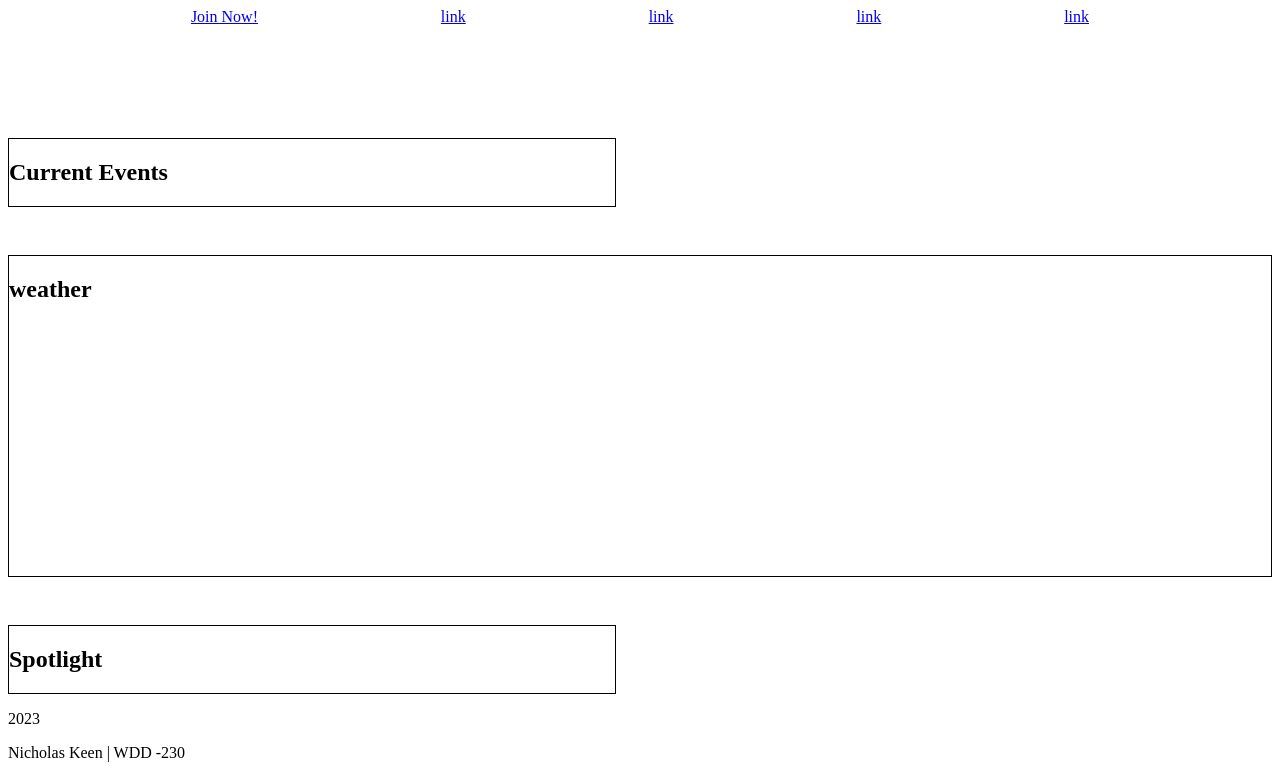
Repository: nak97/WDD230
Page: lesson03/chamber.html
The author's editor kept a copy of each file at every save. The page is drawn from the files as they stood at one save, then again after the next save.
The browser window is 1280 px wide. The pictures show the whole page.
Some web fonts or font styles are not loaded; a fallback is used.

Above is the page before, as saved 2023-10-07 19:55:58.

### lesson03/chamber.html
<!DOCTYPE html>
<html lang="en">
<head>
  <meta charset="UTF-8">
  <meta name="viewport" content="width=device-width, initial-scale=1.0">
  <meta name="description" content="WDD 230 - Nicholas Keen  - Web Frontend Development chamber-site-plan">
  <meta name="author" content="Nicholas Keen">
  <meta property="og:title" content="facebook"/>
  <meta property="og:type" content="website" />
  <meta property="og:url" content="facebook.com" />
  <meta property="og:image" content="images/facebook-meta-tag-pic.png" />
  <title>Chamber site plan</title>
  <link rel="stylesheet" href="/lesson03/styles/medium.css">
  <link rel="stylesheet" href="/lesson03/styles/large.css">
  <link rel="stylesheet" href="/lesson03/base.css">
  <link rel="preconnect" href="https://fonts.googleapis.com">
  <link rel="preconnect" href="https://fonts.gstatic.com" crossorigin>
  <link href="https://fonts.googleapis.com/css2?family=Gajraj+One&family=Montserrat:wght@700&family=Young+Serif&display=swap" rel="stylesheet">
  <title>Chamber</title>
</head>
<body>
  <header>

  </header>
  <nav class="navigation" >
    <a href="#">Join Now!</a>
    <a href="#">link</a>
    <a href="#">link</a>
    <a href="#">link</a>
    <a href="#">link</a>
  </nav>

  <main>
<!-- <img src="https://imgs.search.brave.com/JFc6OAb8GeWjekpeVgYFRLz9ljMKk6hGTTPaqdilQQg/rs:fit:500:0:0/g:ce/aHR0cHM6Ly90NC5m/dGNkbi5uZXQvanBn/LzAzLzI4LzMzLzIz/LzM2MF9GXzMyODMz/MjM5NV82THd3Z0Rr/eDdqTlU4MVBDYW9k/UUtwVGZENjVUSjJ6/Ry5qcGc" alt=""> -->

<section class="current-events">
<h1>Current Events </h1>

</section>


<section class="weather">
<h1>weather</h1>

</section>




<section class="spotlights">
<h1>Spotlight</h1>

</section>
  </main>

  <footer>
  <p> <i class="fa-sharp fa-light fa-copyright"></i>2023 </p>
  <p> Nicholas Keen |  WDD -230 <br> </p>
  <p id="lastModified"></p>
  </footer>

</body>
</html>

### lesson03/base.css
 /* body{
  background-image: url(https://imgs.search.brave.com/JFc6OAb8GeWjekpeVgYFRLz9ljMKk6hGTTPaqdilQQg/rs:fit:500:0:0/g:ce/aHR0cHM6Ly90NC5m/dGNkbi5uZXQvanBn/LzAzLzI4LzMzLzIz/LzM2MF9GXzMyODMz/MjM5NV82THd3Z0Rr/eDdqTlU4MVBDYW9k/UUtwVGZENjVUSjJ6/Ry5qcGc);
  background-repeat: no-repeat;
}  */

nav{
  display: flex;
  justify-content: space-evenly;
}
main {
  display: grid;
  grid-template-columns: 1fr 1fr;
  grid-gap: 3rem;
  margin-top: 7rem;
}
section {
  border: 1px solid black;
}

.weather  {
  grid-column: 1/3;
  height: 20rem;
}

.spotlight {
  grid-column: 2;
  grid-row: 1;
}

Loaded but not shown: lesson03/styles/medium.css (no stored copy; drawn as an empty file); lesson03/styles/large.css (no stored copy; drawn as an empty file)

After the next save:
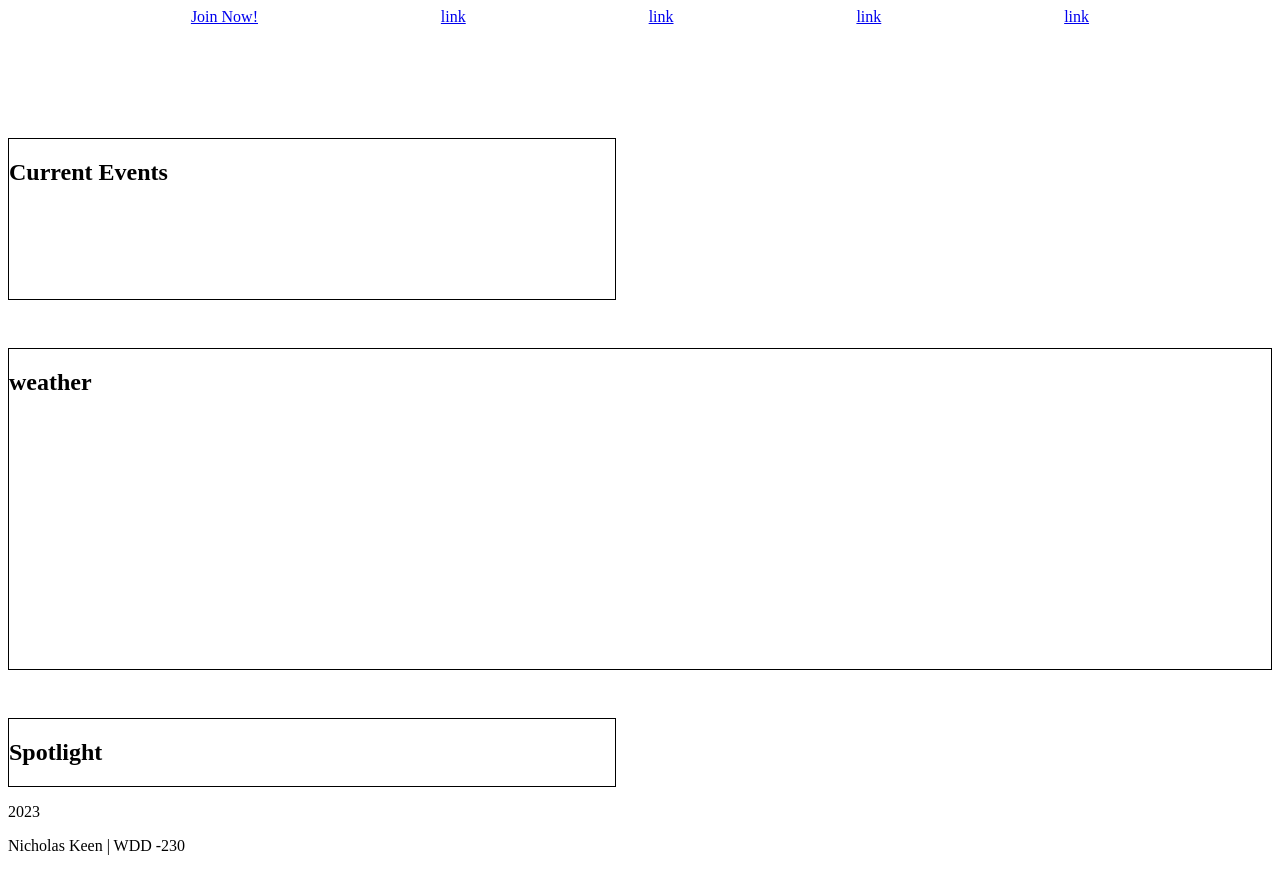
Saved 28 s later.
--- a/lesson03/base.css
+++ b/lesson03/base.css
@@ -17,6 +17,10 @@ section {
   border: 1px solid black;
 }
 
+.current-events{
+  height: 10rem;
+}
+
 .weather  {
   grid-column: 1/3;
   height: 20rem;
@@ -25,4 +29,5 @@ section {
 .spotlight {
   grid-column: 2;
   grid-row: 1;
+  height: 10rem;
 }
